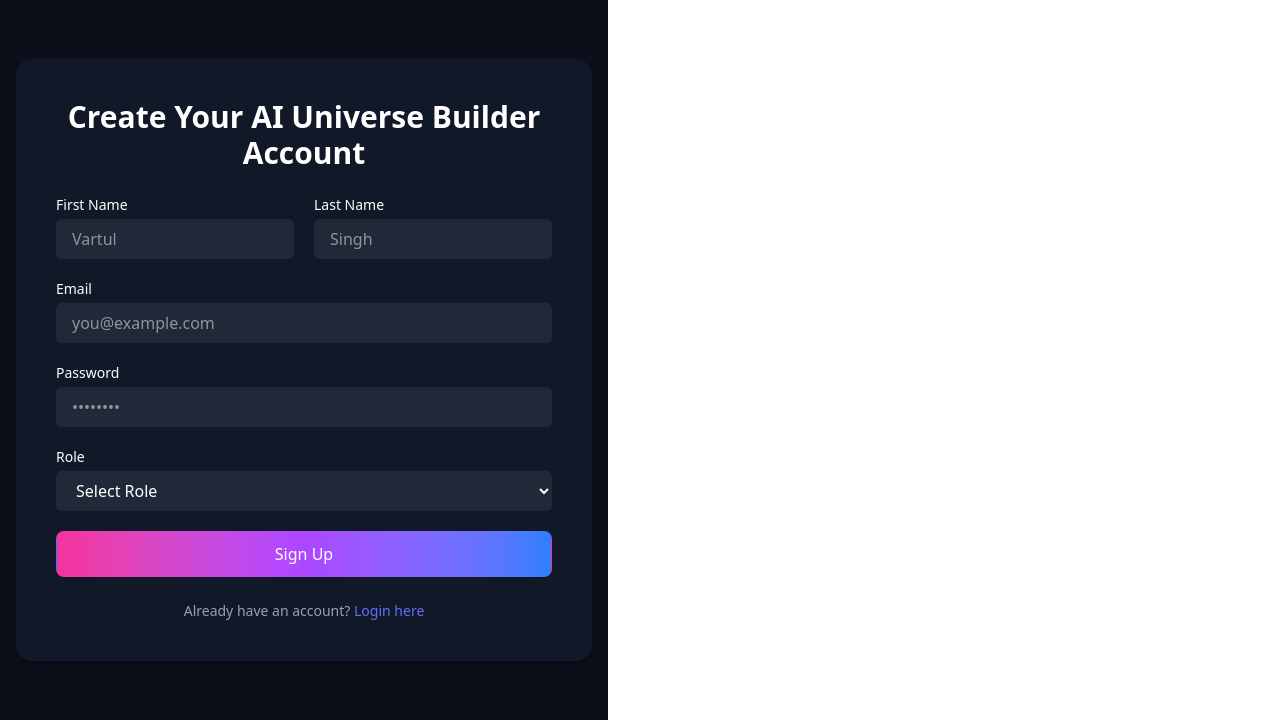
Repository: vartularora45/aiuniversebuilder
Page: /signup (app in frontend/)
The author's editor kept a copy of each file at every save. The page is drawn from the files as they stood at one save, then again after the next save.
The browser window is 1280 px wide. The pictures show the whole page.
The project was rebuilt for these pictures with package versions that can differ from the ones it lists, and the page was loaded fresh each time. Also part of the build but not shown: frontend/vite.config.js, frontend/src/pages/LandingPage.jsx, frontend/src/pages/LoginPage.jsx.

Above is the page before, as saved 2025-08-02 21:16:21.

After the next save:
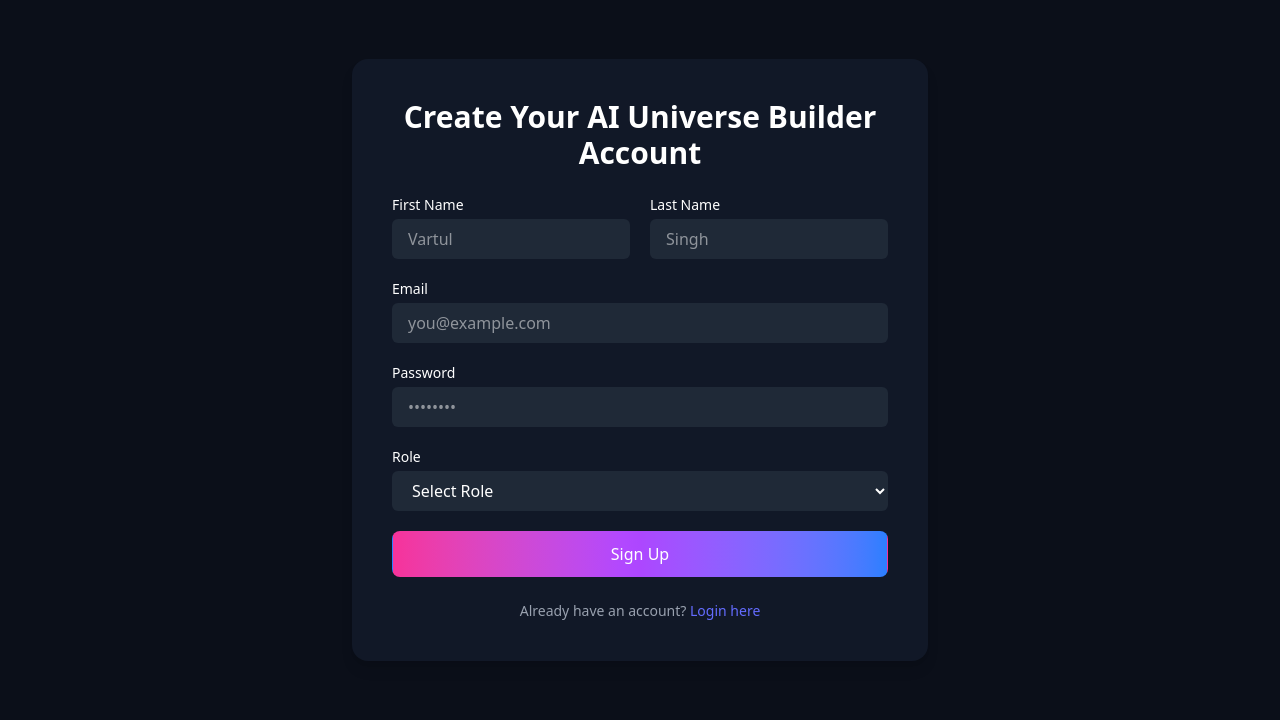
Saved 5 s later.
--- a/frontend/src/pages/SignupPage.jsx
+++ b/frontend/src/pages/SignupPage.jsx
@@ -2,7 +2,7 @@ import React from 'react';
 
 const SignUpPage = () => {
   return (
-    <div className="min-h-screen  flex items-center justify-center bg-[#0b0f19] text-white px-4">
+    <div className="min-h-screen min-w-screen flex items-center justify-center bg-[#0b0f19] text-white px-4">
       <div className="bg-[#111827] p-10 rounded-2xl shadow-lg w-full max-w-xl">
         <h2 className="text-3xl font-bold mb-6 text-center">Create Your AI Universe Builder Account</h2>
 
